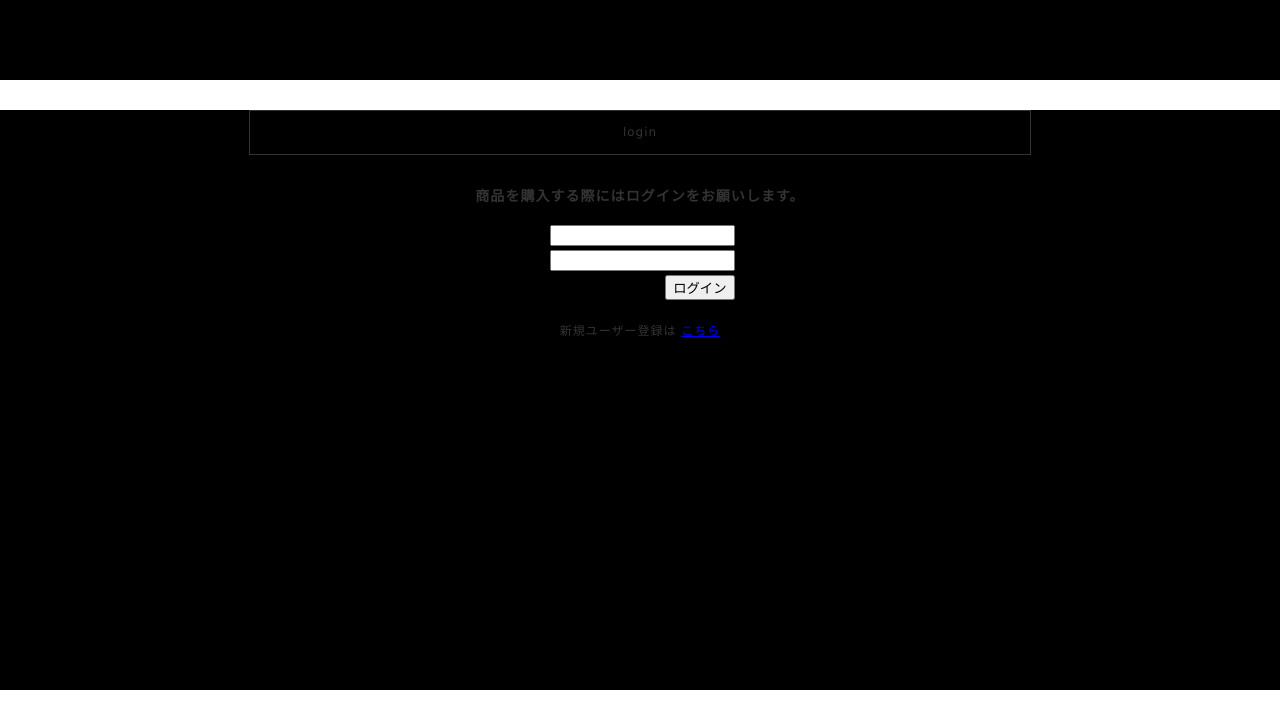
Repository: cha-git/test
Page: http://localhost/template/login.jsp
The author's editor kept a copy of each file at every save. The page is drawn from the files as they stood at one save, then again after the next save.
The browser window is 1280 px wide. The pictures show the whole page.
The page is served by Tomcat 9. Other server files are loaded and not shown.

Above is the page before, as saved 2018-12-20 09:06:48.

### template/WebContent/login.jsp
<%@ page language="java" contentType="text/html; charset=UTF-8"
    pageEncoding="UTF-8"%>
<%@ taglib prefix="s" uri="/struts-tags" %>
<!DOCTYPE html>
<html>
<head>
	<meta http-equiv="Content-Type" content="text/html; charset=UTF-8" />
	<meta http-equiv="Content-Style-Type" content="text/css" />
	<meta http-equiv="Content-Script-Type" content="text/javascript" />
	<meta name="description" content="" />
	<meta name="keywords" content="" />
	<title>Login画面</title>

	<style type="text/css">
	/* ========TAG LAYOUT======== */
	body {
		margin:0;
		padding:0;
		line-height:1.6;
		letter-spacing:1px;
		font-family:Verdana, Helvetica, sans-serif;
		font-size:12px;
		color:#333;
		background:#fff;
	}

	table {
		text-align:center;
		margin:0 auto;
	}
	/* ========ID LAYOUT======== */
	#top {
		width:780px;
		margin:30px auto;
		border:1px solid #333;
	}

	#header {
		width:100%;
		height:80px;
		background-color:black;
	}

	#main {
		width:100%;
		height:80px;
		background-color:black;
	}

	#main {
		width:100%;
		height:500px;
		text-align:center;
	}

	#footer {
		width:100%;
		height:80px;
		background-color:black;
		clear:both;
	}
	</style>
</head>
<body>
	<div id="header">
		<div id="pr">
		</div>
	</div>
	<div id="main">
		<div id="top">
			<p>login</p>
		</div>
		<div>
			<h3>商品を購入する際にはログインをお願いします。</h3>
			<s:form action="LoginAction">
				<s:textfield name="loginUserId" />
				<s:password name="loginPassword" />
				<s:submit value="ログイン" />
			</s:form>
			<br/>
			<div>
				<span>新規ユーザー登録は
					<a href='<s:url action="UserCreateAction" />'>こちら</a>
				</span>
			</div>
		</div>
	</div>

	<div id="footer">
		<div id="pr">
		</div>
	</div>
</body>
</html>

After the next save:
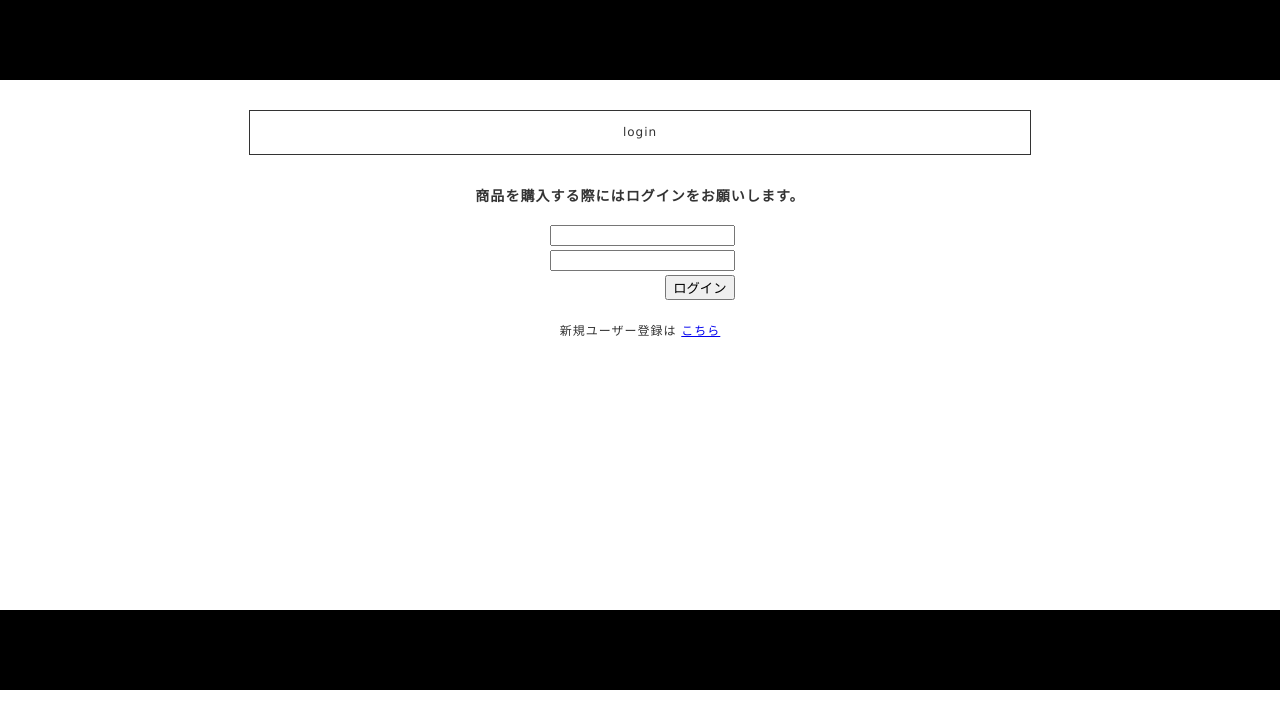
Saved 2 min 0 s later.
--- a/template/WebContent/login.jsp
+++ b/template/WebContent/login.jsp
@@ -36,12 +36,6 @@
 	}
 
 	#header {
-		width:100%;
-		height:80px;
-		background-color:black;
-	}
-
-	#main {
 		width:100%;
 		height:80px;
 		background-color:black;
